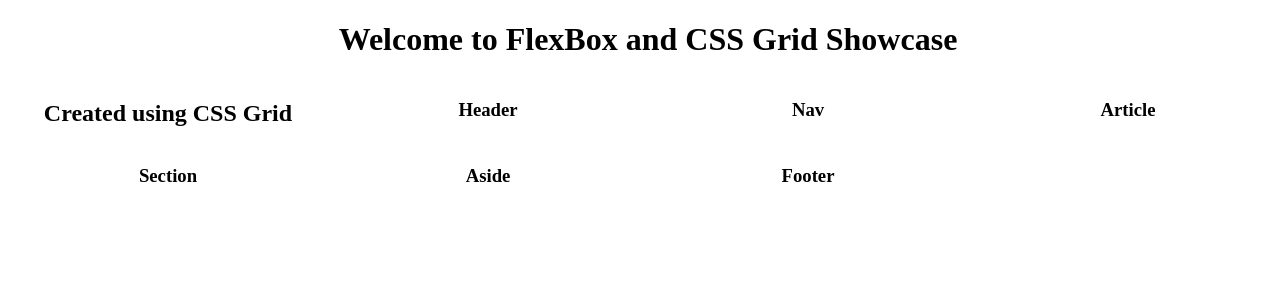
Repository: Awhit-commits/CSS_GRID_AND_FLEXBOX_LESSON
Page: index.html
The author's editor kept a copy of each file at every save. The page is drawn from the files as they stood at one save, then again after the next save.
The browser window is 1280 px wide. The page is 1288 px wide, so the pictures cover 1288 px, including what lies to the right of the window. The pictures show the whole page.

Above is the page before, as saved 2020-12-21 19:29:14.

After the next save:
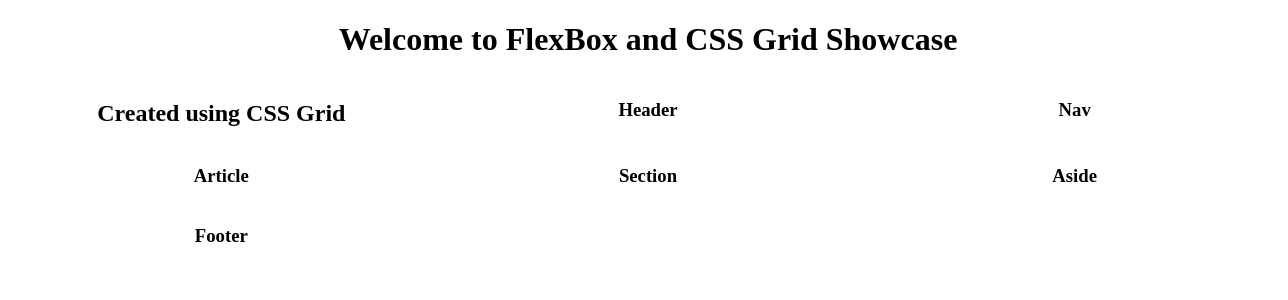
Saved 10 s later.
--- a/style.css
+++ b/style.css
@@ -83,5 +83,5 @@ body {
 /* Using CSS Grid */
 .containerGrid{
     display:grid;
-    grid-template-columns: repeat(4,1fr);
+    grid-template-columns: repeat(3,1fr);
 }
